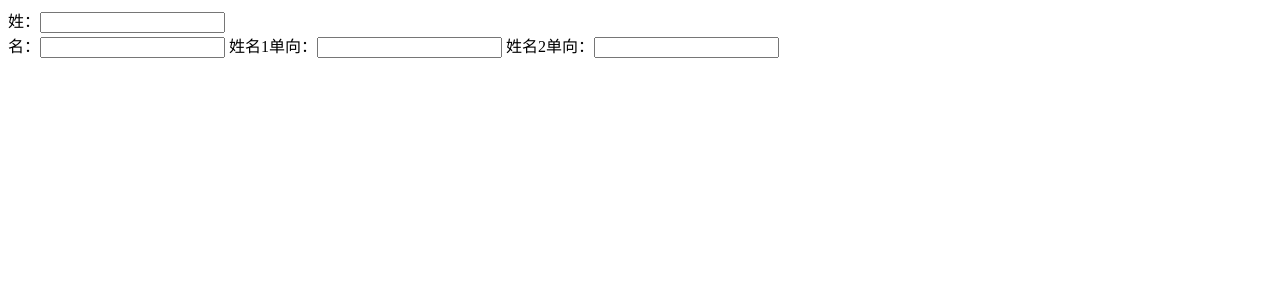
Repository: Shawn1030/vue_mall
Page: 1.html
An editor plug-in stored every save of this project. The page is shown before and after the next save, followed by the edit.
The browser window is 1280 px wide. The pictures show the whole page.
Some web libraries are served in a nearby version.

Above is the page before, as saved 2020-04-28 21:13:32.

After the next save:
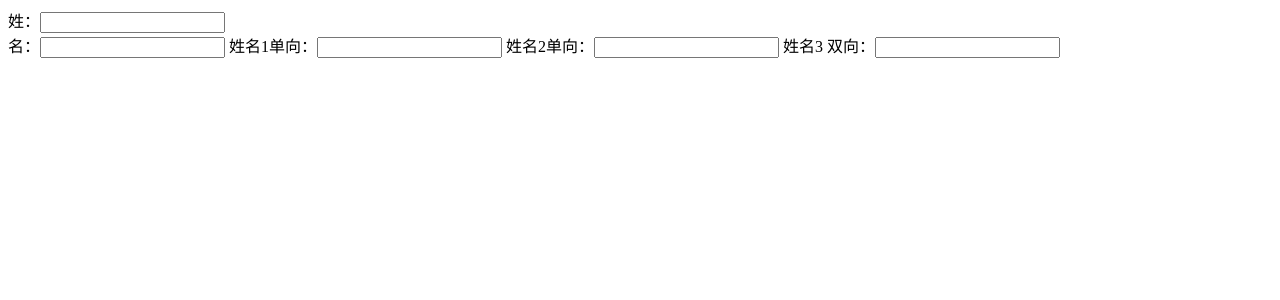
Saved 39 s later.
--- a/1.html
+++ b/1.html
@@ -14,6 +14,7 @@
     名：<input type="text" v-model='firstName'>
     姓名1单向：<input type="text" v-model='firstName'>
     姓名2单向：<input type="text" v-model='firstName'>
+    姓名3 双向：<input type="text" >
     <p>{{firstName}}</p>
   </div>
 
